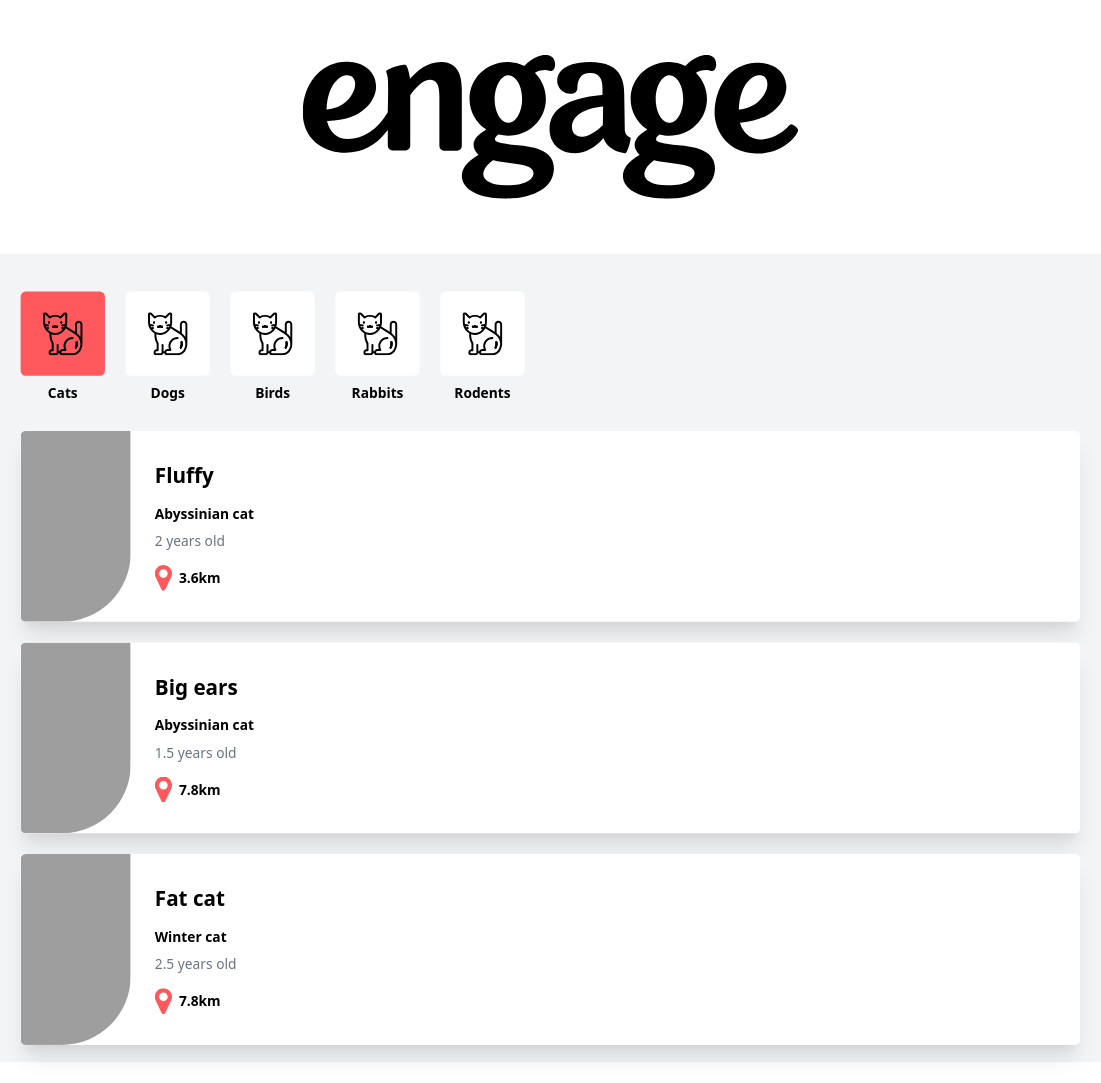
Repository: DaveBaulch/engage-tech-test
Page: /
The author's editor kept a copy of each file at every save. The page is drawn from the files as they stood at one save, then again after the next save.
The browser window is 1280 px wide. The pictures show the whole page, at 86% of full size.
Pictures or frames that could not be fetched are drawn as grey boxes. The project was rebuilt for these pictures with package versions that can differ from the ones it lists, and the page was loaded fresh each time. Also part of the build but not shown: src/store/index.js.

Above is the page before, as saved 2021-05-25 22:44:25.

After the next save:
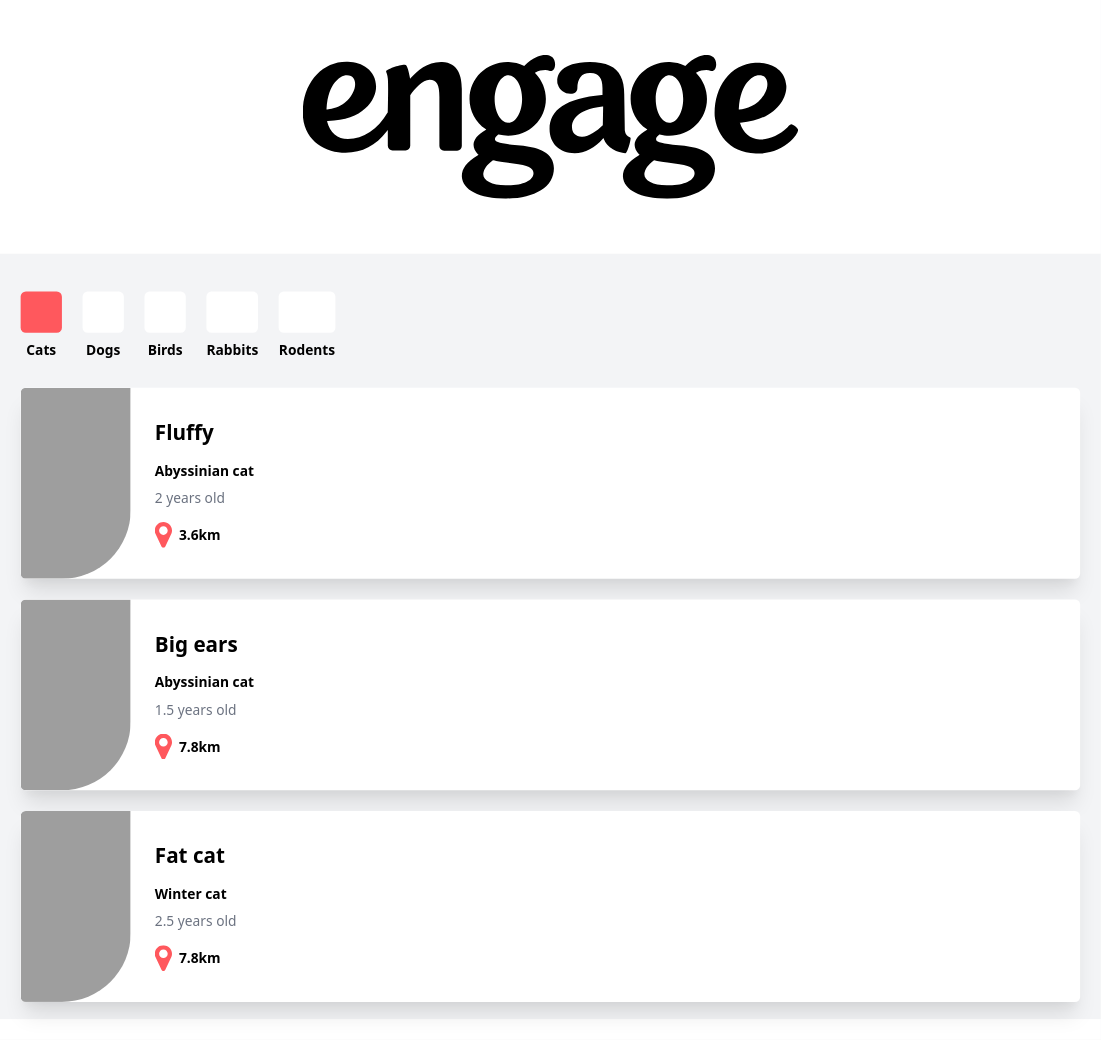
Saved 2 min 20 s later.
--- a/src/components/global/TheNavigation.vue
+++ b/src/components/global/TheNavigation.vue
@@ -6,7 +6,7 @@
         :itemData="item"
         :key="item.id"
       >
-        <IconCat width="50" height="50"></IconCat>
+        <component width="50" height="50"></component>
       </TheNavigationItem>
     </ul>
   </nav>
